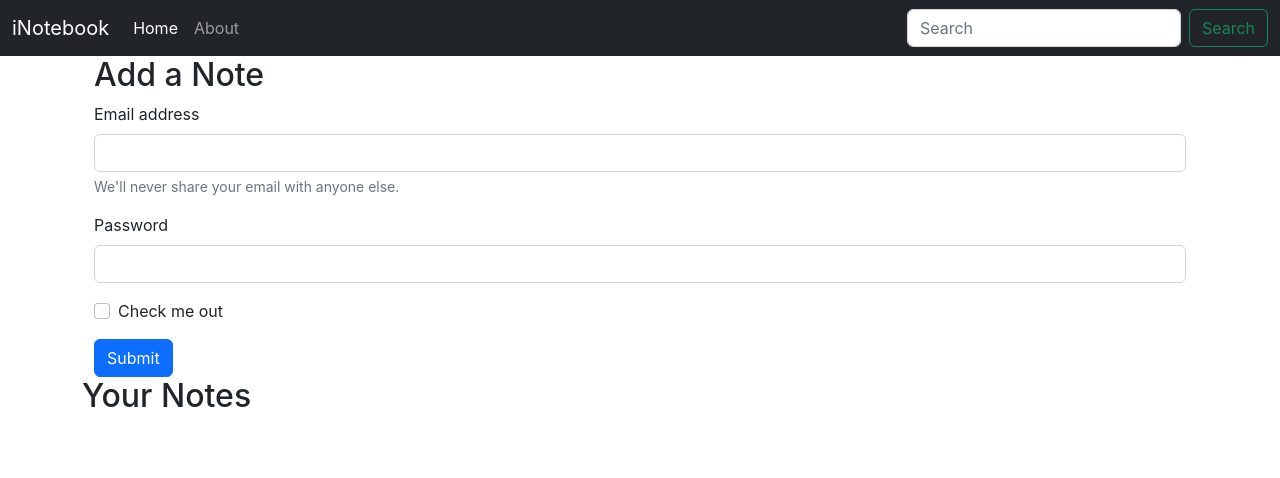
Repository: SatishPatil108/iNotebook-React
Page: /
These files come from the project's save history. The page is drawn as it stood at one moment and after the next save; the edit follows.
The browser window is 1280 px wide. The pictures show the whole page.
The project was rebuilt for these pictures with package versions that can differ from the ones it lists, and the page was loaded fresh each time. Also part of the build but not shown: src/App.css, src/components/About.js.

Above is the page before, as saved 2022-07-23 17:37:18.

After the next save:
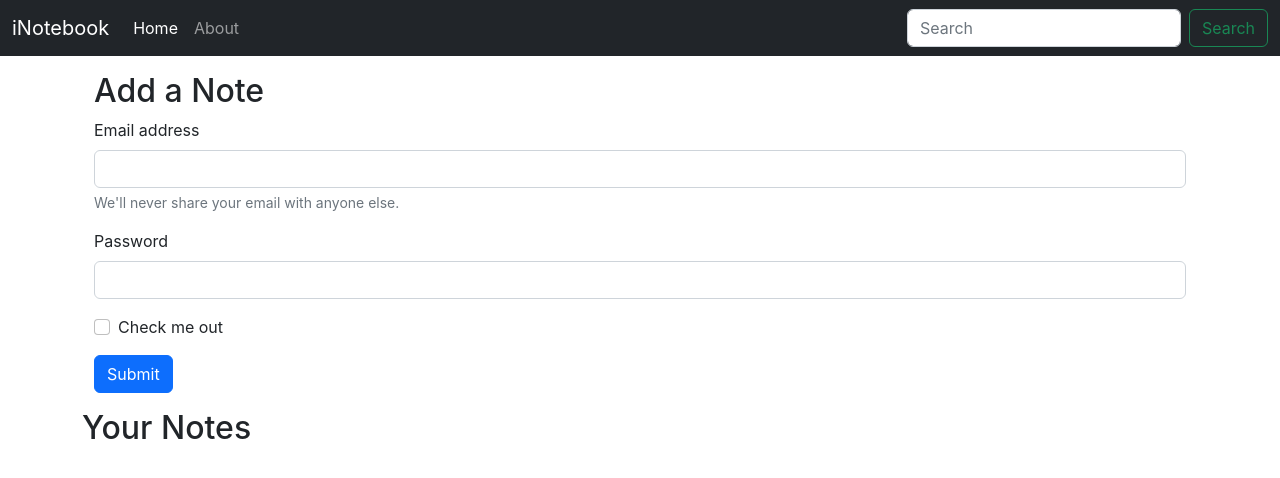
Saved 18 s later.
--- a/src/components/Home.js
+++ b/src/components/Home.js
@@ -3,7 +3,7 @@
 const Home = () => {
     return (
         <div>
-            <div className="container">
+            <div className="container my-3">
                 <h2>Add a Note</h2>
                 <form>
                     <div className="mb-3">
